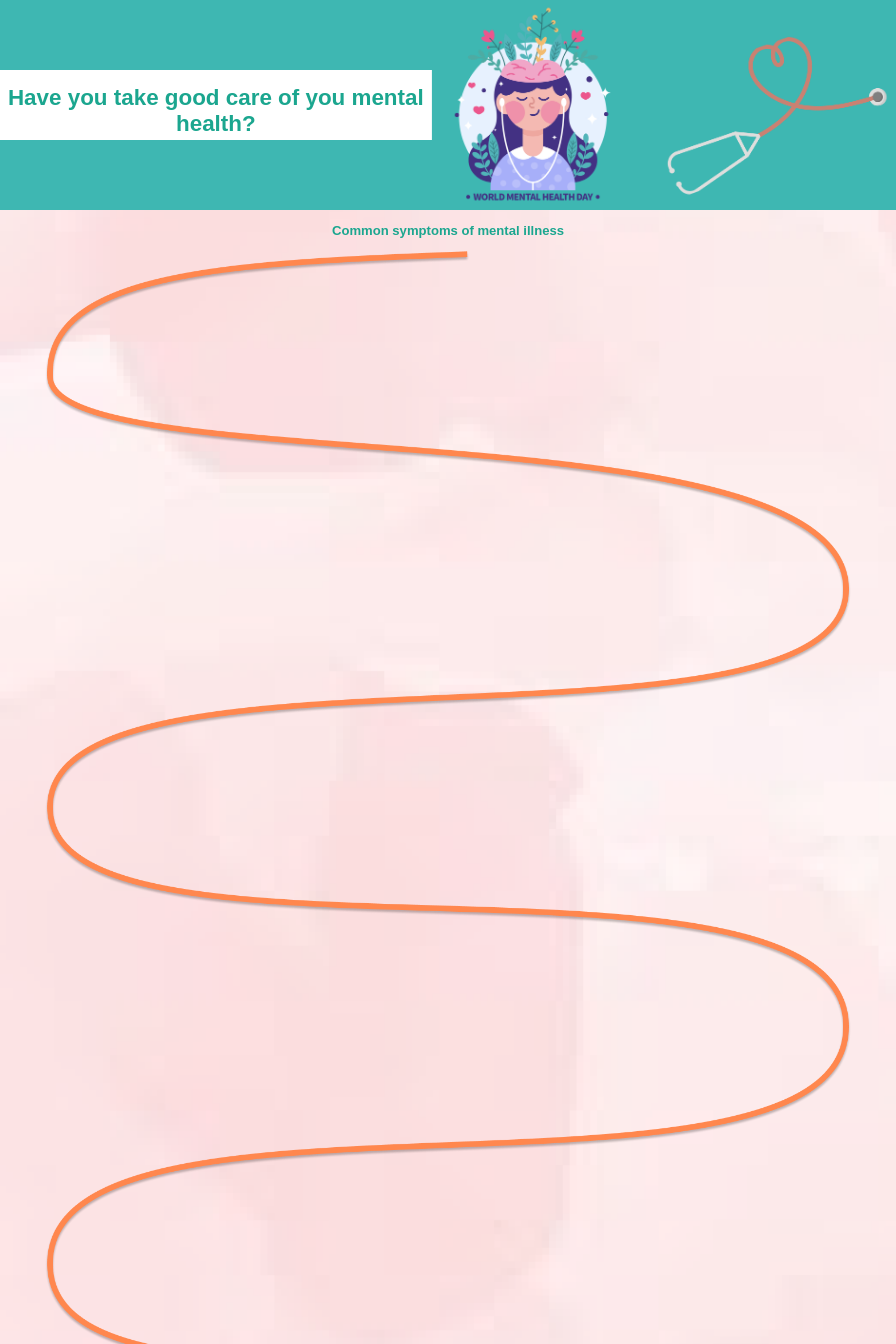
Repository: zzs1/2109-Dynamic-Content-Project
Page: Shin_code/index.html
The author's editor kept a copy of each file at every save. The page is drawn from the files as they stood at one save, then again after the next save.
The browser window is 1280 px wide. The pictures show the part of the page from y = 0 to 1920 px (the page is 2930 px tall), at 70% of full size.
Some web fonts or font styles are not loaded; a fallback is used.

Above is the page before, as saved 2021-03-09 00:12:34.

### Shin_code/index.html
<html lang="en">
<head>
  <meta charset="UTF-8">
  <meta name="viewport" content="width=device-width, initial-scale=1.0">
  <link href="index.css" rel="stylesheet" type="text/css" >
  <link rel="preconnect" href="https://fonts.gstatic.com">
  <link href="https://fonts.googleapis.com/css2?family=Saira+Semi+Condensed:wght@500&display=swap" rel="stylesheet">
  <link href="https://fonts.googleapis.com/css2?family=Solway:wght@700&display=swap" rel="stylesheet">
  <link href="https://fonts.googleapis.com/css2?family=Sniglet&display=swap" rel="stylesheet">
  <title>Midterm group project for MDIA 2109</title>
</head>
<body>
  <!--please place your code in #main -->
  <div id="main">
    <!--Shin Part: Brain-->
    <div class="header image">
      <div class="headerpic"></div>
    </div>

    <!--Shin Part: Header: Have you take good care of you mental health? -->
    <div class="header caption">
      <div class="header_back">
        <h1 class="headertitle">Have you take good care of
          you mental health?
        </h1>
      </div>
        <img class="headimg" src="comps/caption/headimage.png" alt="firstimg">
        <img class="sideimg" src="comps/caption/sideimage.png" alt="secondimg">
    </div>

    <!--Shin Part: content1: Common symptoms of mental illness -->
   <div class="content center">
     <h3 class="content sub1">Common symptoms of mental illness</h3>
     <img class="arrow" src="comps/content/Group 13.png" alt="arrowkey" width="90%">
     <div class="content form"></div>
   </div>

    <!--Shin: Dont be afraid part-->
    <div class="foot cap">
      <div class="footline">Don't be afraid!</div>
      <div class="footpara">
        THE ABOVE SITUATION ARE THE SIGNS OF
        HAVING MENTAL HEALTH ISSUE AND IT IS <span style="color: yellow;">NORMAL</span> TO HAVE MENTAL DISORDER
      </div>
    </div>


  </div>

  <!--Shin scripts start from here-->
  <script src="comps/caption/index.js"></script>
   <script src="comps/headerpic/index.js"></script>
</body>
</html>

### Shin_code/index.css
html,body {
  margin:0;
}

#main {
  width:100vw;
  height:100vh;
  display:flex;
  flex-direction: column;
}
/* Shin */
.header {
  display: flex;
  width: 100%;
  align-items: center;
  justify-content: center;
}

.image {
  background-image: url("comps/headerpic/headerbackground.png");

}
.caption {
  background-color: #3EB7B2;
  width:100%;
  height: 740px;
  left: -1px;
  top: 0px;

}

.sub1 {
  text-align: center;
  color: #1BA68F;
  font-family:'Saira Semi Condensed', sans-serif;
}

.sub2 {
  text-align: center;
  color: yellow;
}

.headertitle{
  font-family:'Saira Semi Condensed', sans-serif;
  color: #1BA68F;
  text-align: center;
}
.cap{
  background-color: #6ED1BF;
  text-align: center;
}
.footline{
  text-align: center;
  font-family: 'Solway', serif;
  color: yellow;
  font-size: 120px;
  line-height: 144px;
  text-shadow: 0px 4px 4px rgba(0, 0, 0, 0.25);
  transform: matrix(1, 0, 0, 1, 0, 0);
}
.footpara{
font-family:'Saira Semi Condensed', sans-serif;
font-style: normal;
font-weight: 400;
font-size: 60px;
line-height: 94px;
color: #FFFFFF;
}
.center{
  background-image: url("comps/content/background.png");
  display: inline;

}
.header_back{

  width:80%;
  height:100px;
  background-color: #FFFFFF;
}
.headertitle{

}
.headimg{
width: 300px;
height: 300px;
left: -11px;
top: 400px;
}
.sideimg{
right: -11px;
top: 400px;
width: 529px;
height: 265px;
}
.arrow{
  z-index: -1;
  display: block;
  margin-left: auto;
  margin-right: auto;

}

/* DONT TOUCH !! Chisaki Part Start from here */
.container {
 min-width:100%;
}
.cardquestions{
  background-color:#1BA68F;
}
.card {
  display:flex;
  flex-direction:row;
  flex-wrap: wrap;
  justify-content:center;
  align-items: center;
  margin:30px;
  font-family: 'Saira Semi Condensed', sans-serif;
}
.mid{
  background-color:#FFFFFF;
  text-align: center;
}
.midtitle {
 color:#1BA68F;
 font-family: 'Saira Semi Condensed', sans-serif;

}

.iconsection {
  background-color:#FFAA81;

}
.title,.title2{
  display: flex;
  justify-content:center;
  align-items: center;
  margin:30px;
  font-family: 'Saira Semi Condensed', sans-serif;
}

.icon {
  display: flex;
  flex-wrap: wrap;
  justify-content:center;
  align-items: center;
  margin:10px;
  font-family: 'Saira Semi Condensed', sans-serif;

}
.subtitle {
  color:#FFEBE4;
  text-align: center;
  font-family: 'Saira Semi Condensed', sans-serif;
}
.hidden{
  display:none;
}
.info {
justify-content: center;
align-items: center;
font-family: 'Saira Semi Condensed', sans-serif;
}

### Shin_code/comps/caption/index.js
function captionUI(text="filler"){
return`<div style='position: absolute;
width: 150px;
height: 300px;
left: calc(50% - 1345px/2 + 16px);
top: 169px;
background-color: #FFFFFF;
border-radius: 30px;'><p style='font-family: Sniglet;
font-style: normal;
font-weight: normal;
font-size: 80px;
line-height: 100px;
text-align: center;'>${text}</p></div>

`
}

Loaded but not shown: Shin_code/comps/headerpic/index.js (no copy from this time; the picture is the same without it)

After the next save:
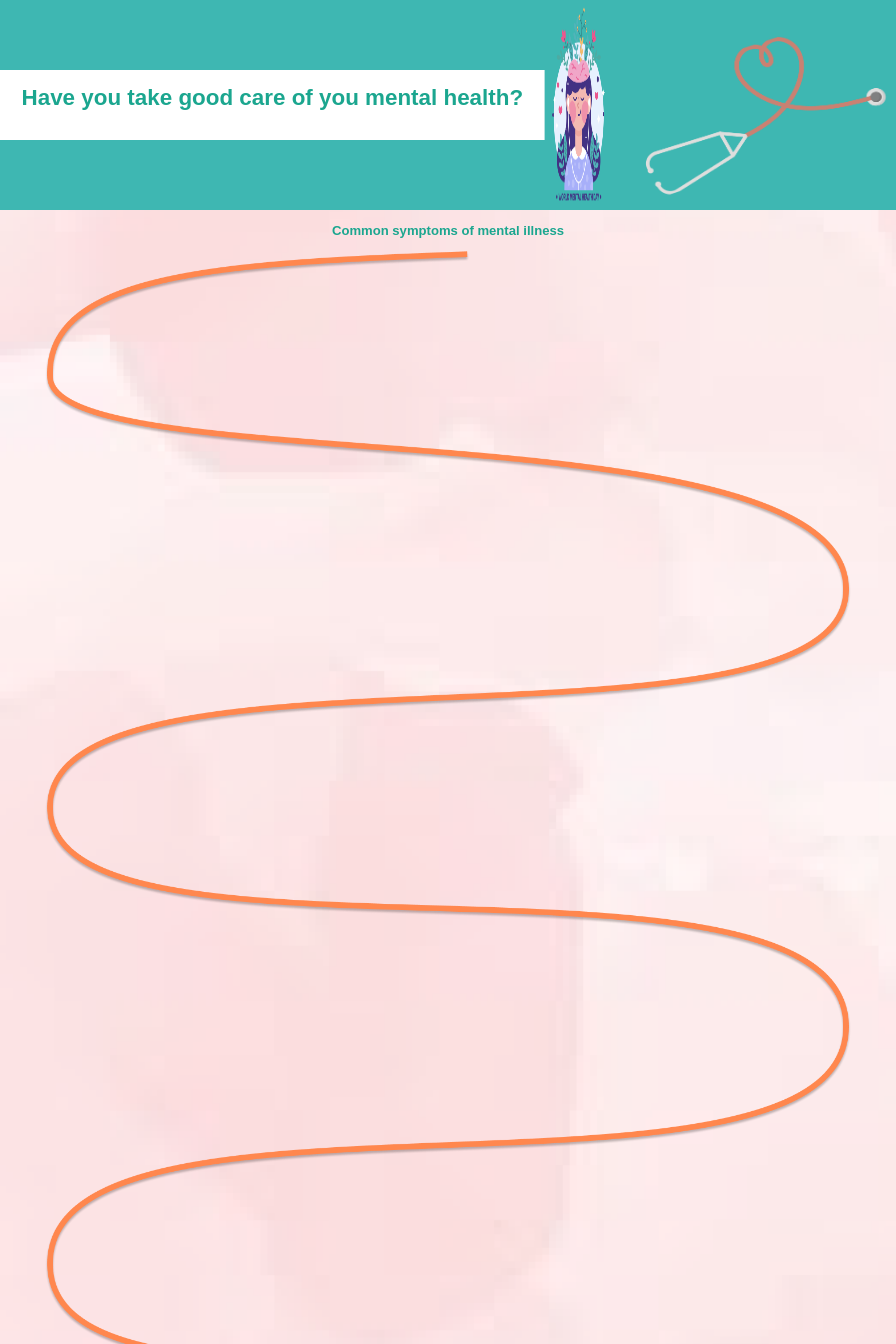
Saved 5 s later.
--- a/Shin_code/index.css
+++ b/Shin_code/index.css
@@ -81,7 +81,7 @@ color: #FFFFFF;
 
 }
 .headimg{
-width: 300px;
+width: 100px;
 height: 300px;
 left: -11px;
 top: 400px;
